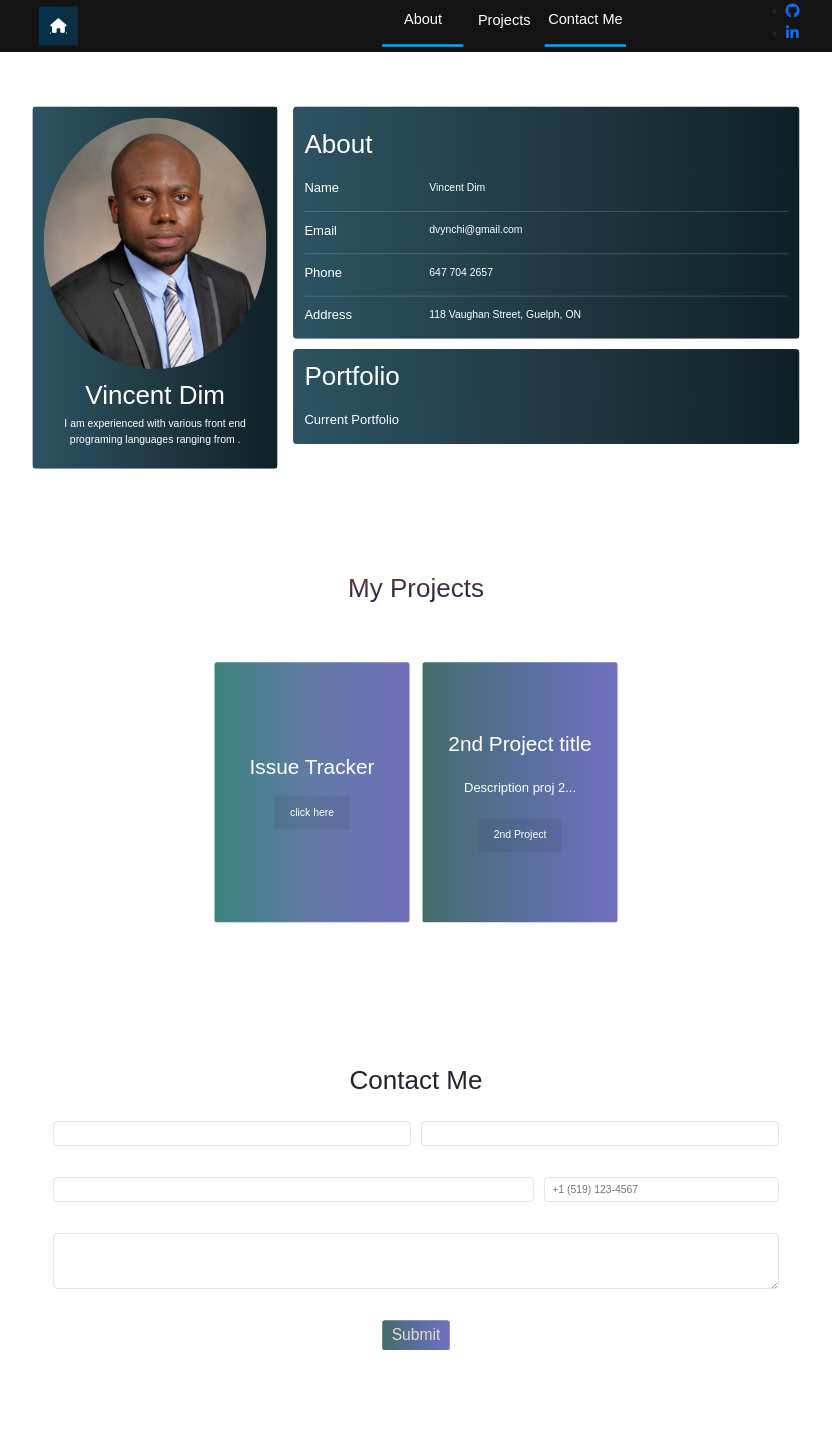
Repository: dvynchi/profile-2022
Page: index.html
An editor plug-in stored every save of this project. The page is shown before and after the next save, followed by the edit.
The browser window is 1280 px wide. The pictures show the whole page, at 65% of full size.
Some web libraries are served in a nearby version.

Above is the page before, as saved 2022-08-22 22:02:57.

After the next save:
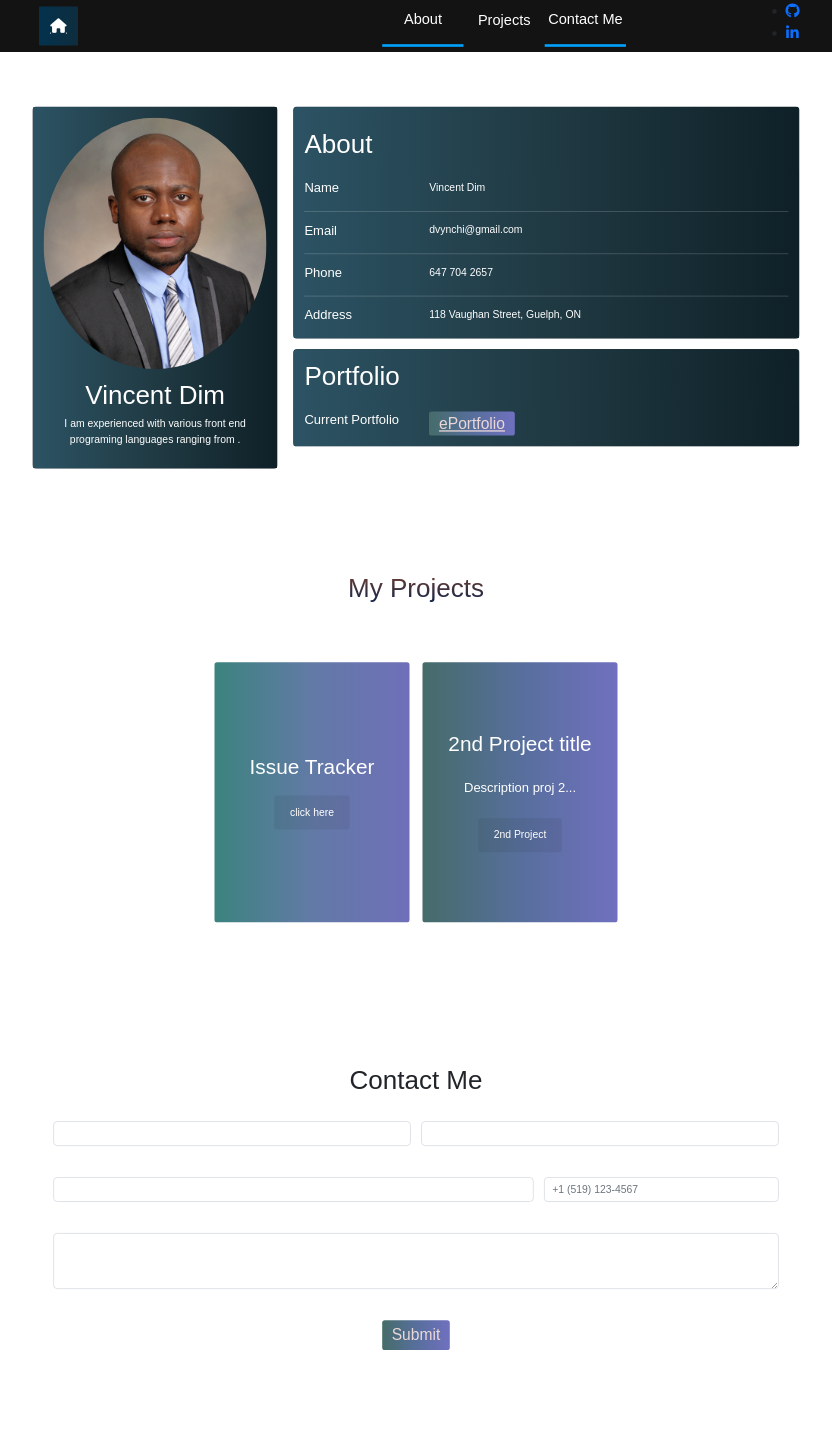
Saved 4 s later.
--- a/index.html
+++ b/index.html
@@ -103,7 +103,7 @@
                                     <h5>Current Portfolio</h5>
                                 </div>
                                 <div class="col-md-9">
-                                    <!-- <a class="submit" href="https://drive.google.com/file/d/1lG7DyS50_LphFxIRxCRd57uQMBSZkR4-/view?usp=sharing" role="button">ePortfolio</a> -->
+                                    <a class="submit" href="https://drive.google.com/file/d/1lG7DyS50_LphFxIRxCRd57uQMBSZkR4-/view?usp=sharing" role="button">ePortfolio</a>
                                     <!-- <button class="submit" id="btn btn-primary" href="https://drive.google.com/file/d/1lG7DyS50_LphFxIRxCRd57uQMBSZkR4-/view?usp=sharing"><a>ePortfolio</a></button> -->
                                 </div>
                             </div>
